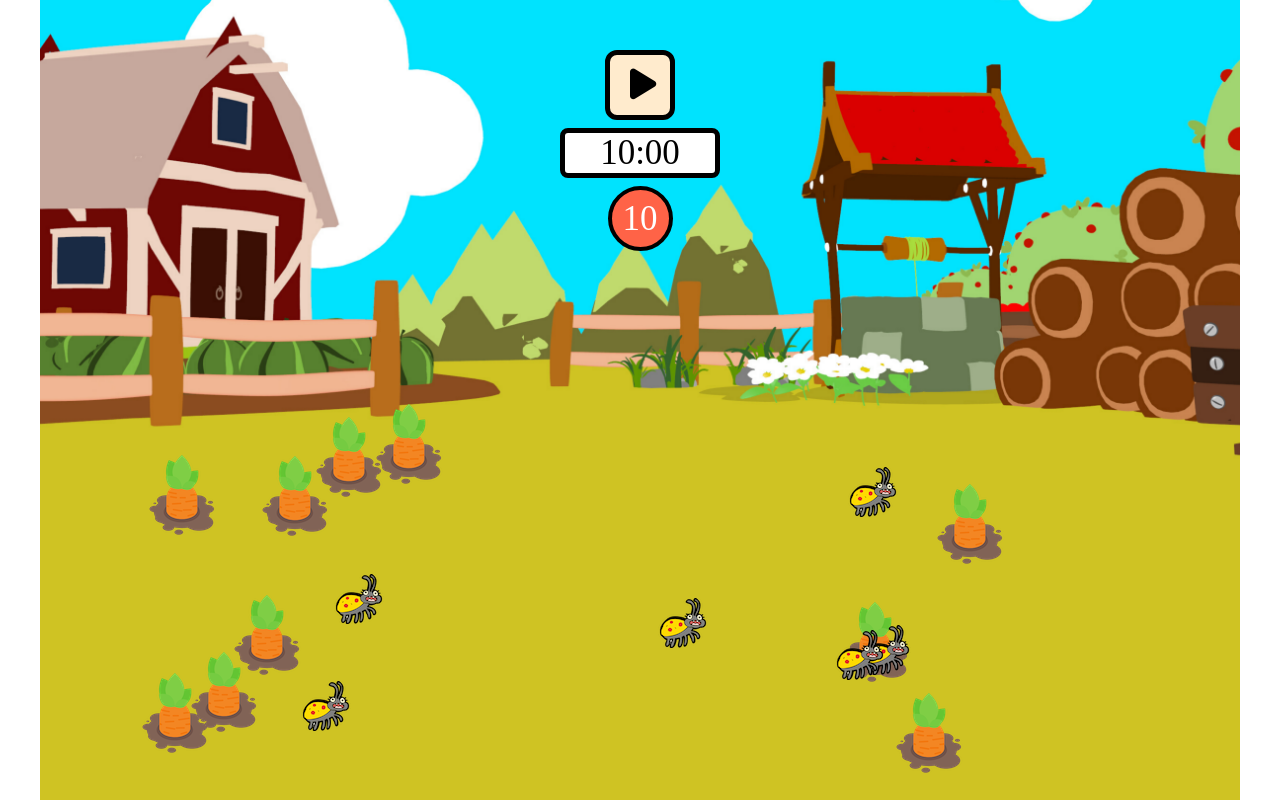
Repository: keehoonjung/Bug-Game
Page: index.html
These files come from the project's save history. The page is drawn as it stood at one moment and after the next save; the edit follows.
The browser window is 1280 px wide. The pictures show the whole page.
After loading, the first visible `button.play__btn` was clicked once.
Some web libraries are served in a nearby version.

Above is the page before, as saved 2021-08-10 16:35:35.

### index.html
<!DOCTYPE html>
<html lang="en">
<head>
    <meta charset="UTF-8">
    <meta http-equiv="X-UA-Compatible" content="IE=edge">
    <meta name="viewport" content="width=device-width, initial-scale=1.0">
    <title>Document</title>
    <link rel="stylesheet" href="style.css">
    <script src="main.js" defer></script>
    <script src="https://kit.fontawesome.com/a7a8d59961.js" crossorigin="anonymous"></script>
</head>
<body>
    <section class="container">
        <section class="header">
            <button class="play__btn visible">
                <i class="fas fa-play"></i>
            </button>
            <button class="stop__btn">
                <i class="fas fa-stop"></i>
            </button>
            <div class="timer">
                10:00
            </div>
            <div class="count"></div>
        </section>
        <section class="playground">
        </section>
        <div class="popup">
            <button class="popup__btn">
                <i class="fas fa-redo"></i>
            </button>
            <div class="popup__message">YOU LOST</div>
        </div>
    </section>
</body>
</html>

### style.css
* {
  box-sizing: border-box;
}

body {
  margin: 0;
  text-align: center;
}

.container {
  background: center/ cover no-repeat url(/img/background.png);
  width: 1200px;
  height: 800px;
  margin: auto;
}

.header {
  height: 400px;
  padding-top: 50px;
}

.play__btn {
  width: 70px;
  height: 70px;
  background-color: blanchedalmond;
  font-size: 35px;
  border: 5px solid black;
  border-radius: 12px;
  padding-left: 12px;
  margin-bottom: 8px;
  display: none;
}

.play__btn.visible {
  display: inline-block;
}

.stop__btn {
  width: 70px;
  height: 70px;
  background-color: blanchedalmond;
  font-size: 35px;
  border: 5px solid black;
  border-radius: 12px;
  padding-left: 5px;
  margin-bottom: 8px;
  display: none;
}

.stop__btn.visible {
  display: inline-block;
}

.timer {
  margin: auto;
  width: 160px;
  height: 50px;
  border: 5px solid black;
  border-radius: 8px;
  font-size: 35px;
  background-color: white;
  margin-bottom: 8px;
}

.count {
  margin: auto;
  width: 65px;
  height: 65px;
  background-color: tomato;
  border: 4px solid black;
  border-radius: 50%;
  font-size: 35px;
  padding: 9px 0;
  color: white;
}

.playground {
  position: relative;
  height: 400px;
}

.carrot {
  position: absolute;
}

.bug {
  position: absolute;
}

.popup {
  position: relative;
  bottom: 300px;
  left: 300px;
  width: 600px;
  height: 200px;
  background-color: rgba(9, 9, 9, 0.5);
  padding-top: 20px;
  border-radius: 12px;
  display: none;
}

.popup.visible {
  display: block;
}

.popup__btn {
  width: 80px;
  height: 80px;
  background-color: blanchedalmond;
  border: 4px solid black;
  border-radius: 8px;
  font-size: 40px;
  margin-bottom: 20px;
}

.popup__message {
  font-size: 40px;
  color: white;
}

### main.js
"use strict";

// 1. 플레이 버튼 누르면 벌래랑 당근 만들기.
const carroutCount = 10;
const bugCount = 6;

const playBtn = document.querySelector(".play__btn");
const count = document.querySelector(".count");
const playground = document.querySelector(".playground");
const popup = document.querySelector(".popup");
const popupMessage = document.querySelector(".popup__message");
const popupBtn = document.querySelector(".popup__btn");
let num;

playBtn.addEventListener("click", () => {
  gameStart();
});
function gameStart() {
  num = carroutCount + 1;
  createItem("carrot", carroutCount);
  createItem("bug", bugCount);
  countCarrot();
}
function createItem(name, count) {
  for (let i = 0; i < count; i++) {
    const leftcoor = Math.random() * 1000 + 100;
    const topcoor = Math.random() * 300;
    const item = document.createElement("img");
    item.setAttribute("class", `${name}`);
    item.setAttribute("id", i);
    item.setAttribute("src", `./img/${name}.png`);
    item.style.top = `${topcoor}px`;
    item.style.left = `${leftcoor}px`;
    playground.appendChild(item);
  }
}

// 2. 플레이 버튼 누르면 시간 감소

// 3. 당근, 벌래 누르면 없어짐
playground.addEventListener("click", (event) => {
  const target = event.target;
  if (target.classList == "carrot") {
    target.remove();
    countCarrot();
  } else if (target.classList == "bug") {
    visiblePopup("loose");
  }
});

// 4. 당근 없어질때마다 카운트 감소
function countCarrot() {
  num--;
  count.textContent = `${num}`;
  if (num === 0) {
    visiblePopup("win");
  }
}

// 5. 카운트가 다 달면 팝업 보이기, 시간 다달면 팝업 보이기, 벌래 클릭하면 팝업 보이기
function visiblePopup(result) {
  if (result == "win") {
    popupMessage.textContent = " YOU WIN";
    popup.classList.add("visible");
  } else if (result == "loose") {
    popupMessage.textContent = " YOU Loose";
    popup.classList.add("visible");
  }
}

// 6.retry 버튼 누르면 재시작
popupBtn.addEventListener("click", () => {
  playground.innerHTML = "";
  popup.classList.remove("visible");
  gameStart();
});

After the next save:
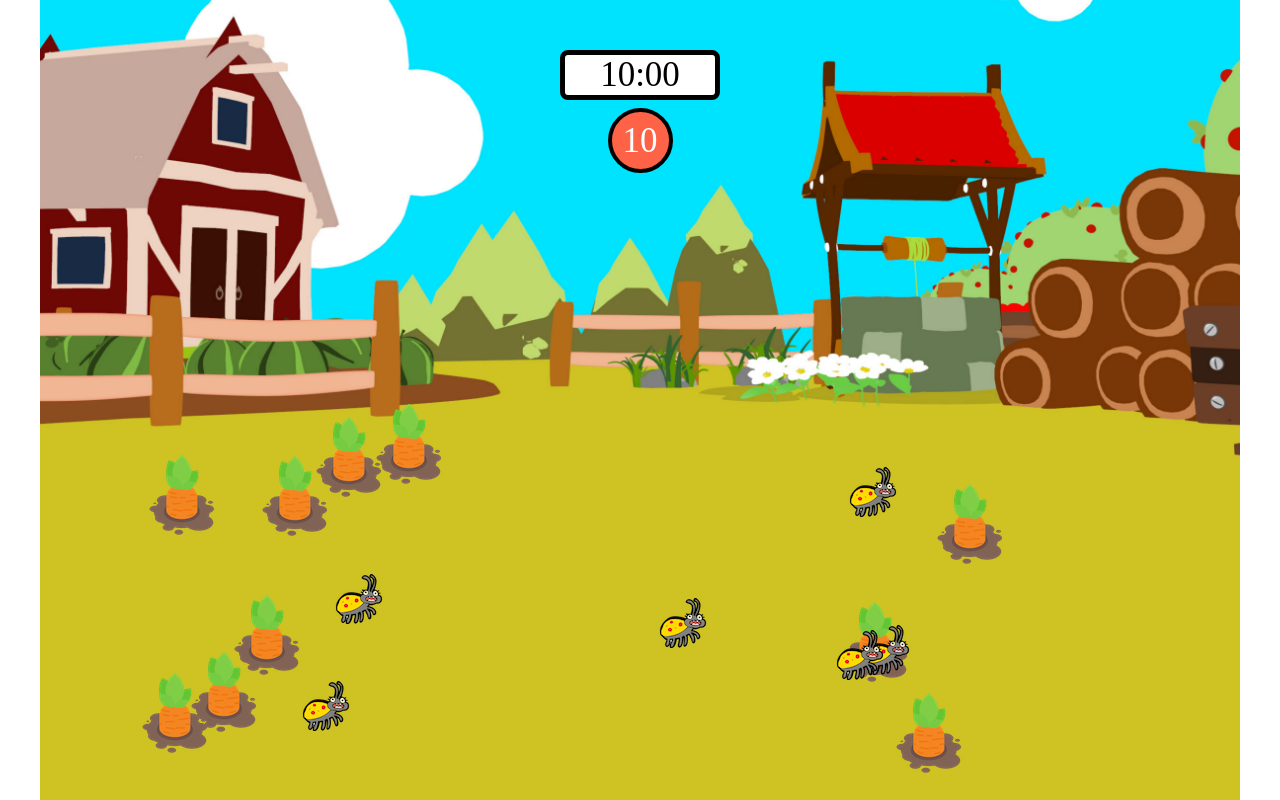
Console error: ReferenceError: st is not defined
Saved 62 s later.
--- a/main.js
+++ b/main.js
@@ -5,6 +5,7 @@
 const bugCount = 6;
 
 const playBtn = document.querySelector(".play__btn");
+const stopBtn = document.querySelector(".stop__btn");
 const count = document.querySelector(".count");
 const playground = document.querySelector(".playground");
 const popup = document.querySelector(".popup");
@@ -14,6 +15,8 @@
 
 playBtn.addEventListener("click", () => {
   gameStart();
+  playBtn.classList.remove("visible");
+  st;
 });
 function gameStart() {
   num = carroutCount + 1;
@@ -35,7 +38,7 @@
   }
 }
 
-// 2. 플레이 버튼 누르면 시간 감소
+// 2. 플레이 버튼 누르면 버튼 변경
 
 // 3. 당근, 벌래 누르면 없어짐
 playground.addEventListener("click", (event) => {

After the save that followed:
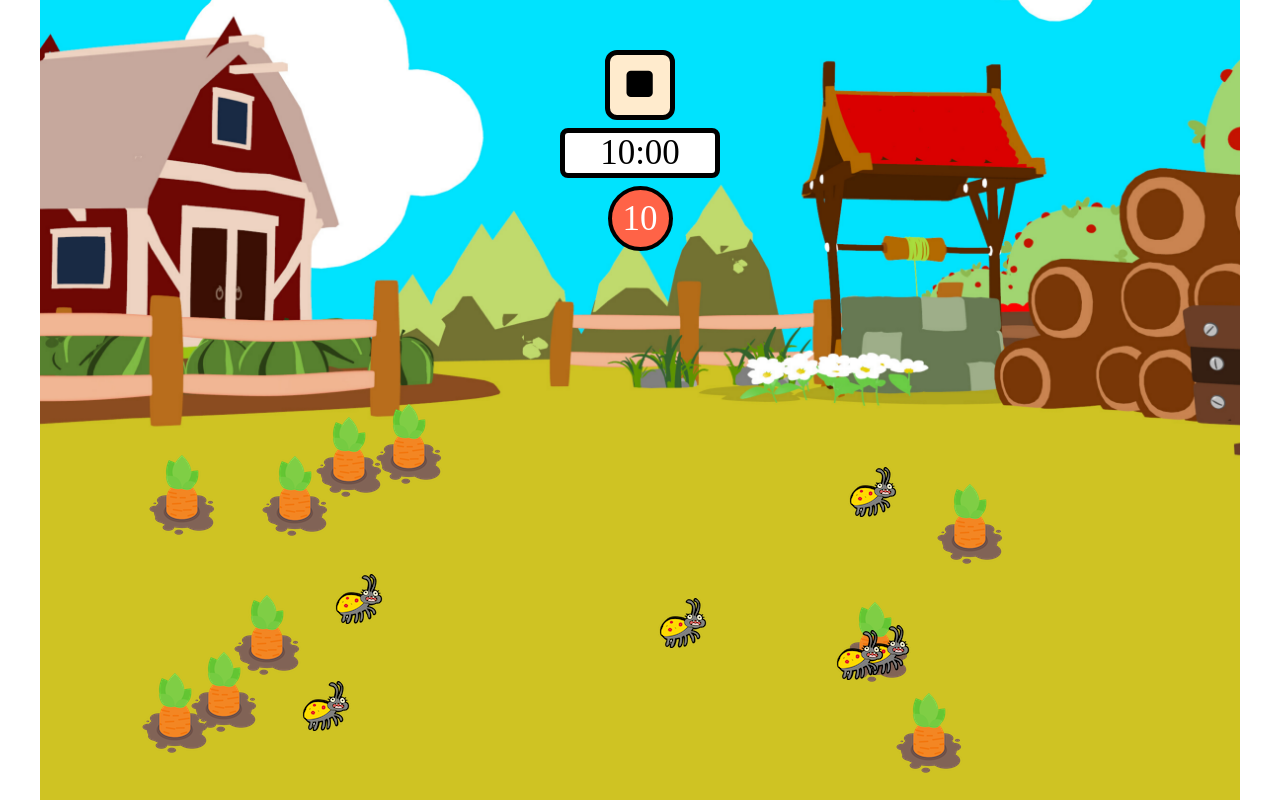
The error is gone.
Saved 9 s later.
--- a/main.js
+++ b/main.js
@@ -16,7 +16,7 @@
 playBtn.addEventListener("click", () => {
   gameStart();
   playBtn.classList.remove("visible");
-  st;
+  stopBtn.classList.add("visible");
 });
 function gameStart() {
   num = carroutCount + 1;
